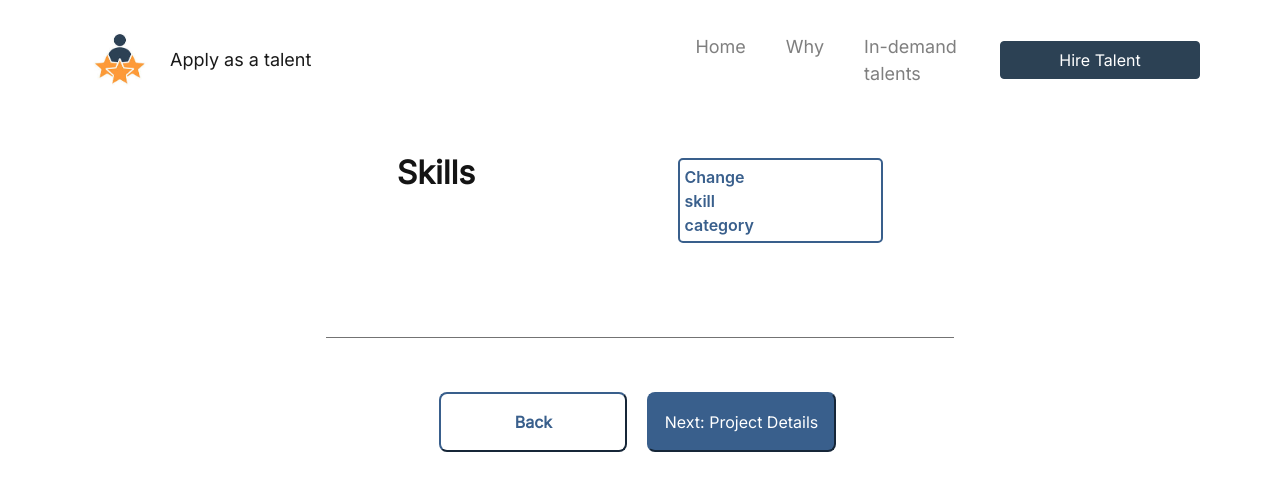
Repository: Ashwe9/talent-hire-reactJs
Page: /skills
The author's editor kept a copy of each file at every save. The page is drawn from the files as they stood at one save, then again after the next save.
The browser window is 1280 px wide. The pictures show the whole page.
The project was rebuilt for these pictures with package versions that can differ from the ones it lists, and the page was loaded fresh each time. Also part of the build but not shown: src/homePage/components/TrustedBy/TrustedBy.css, src/homePage/components/TrustedBy/TrustedBy.js, src/homePage/components/Roles/Roles.css, src/homePage/components/Roles/Roles.js, src/homePage/components/homePageFooter/HomePageFooter.css, src/homePage/components/homePageFooter/HomePageFooter.js, src/homePage/HomePage.js, src/kpisPage/Header.css and 17 more.

Above is the page before, as saved 2022-08-25 15:40:13.

### public/index.html
<!DOCTYPE html>
<html lang="en">
  <head>
    <meta charset="utf-8" />
    <link rel="icon" href="%PUBLIC_URL%/favicon.ico" />
    <meta name="viewport" content="width=device-width, initial-scale=1" />
    <meta name="theme-color" content="#000000" />
    <meta
      name="description"
      content="Web site created using create-react-app"
    />
    <link rel="manifest" href="%PUBLIC_URL%/manifest.json" />
    <link rel="stylesheet" href="https://stackpath.bootstrapcdn.com/bootstrap/4.4.1/css/bootstrap.min.css" integrity="sha384-Vkoo8x4CGsO3+Hhxv8T/Q5PaXtkKtu6ug5TOeNV6gBiFeWPGFN9MuhOf23Q9Ifjh" crossorigin="anonymous">
    <link href='https://fonts.googleapis.com/css?family=Inter' rel='stylesheet'>

    <title>App</title>
  </head>
  <body>
    <noscript>You need to enable JavaScript to run this app.</noscript>
    <div id="root"></div>
    <script src="https://code.jquery.com/jquery-3.4.1.slim.min.js" integrity="sha384-J6qa4849blE2+poT4WnyKhv5vZF5SrPo0iEjwBvKU7imGFAV0wwj1yYfoRSJoZ+n" crossorigin="anonymous"></script>
    <script src="https://cdn.jsdelivr.net/npm/popper.js@1.16.0/dist/umd/popper.min.js" integrity="sha384-Q6E9RHvbIyZFJoft+2mJbHaEWldlvI9IOYy5n3zV9zzTtmI3UksdQRVvoxMfooAo" crossorigin="anonymous"></script>
    <script src="https://stackpath.bootstrapcdn.com/bootstrap/4.4.1/js/bootstrap.min.js" integrity="sha384-wfSDF2E50Y2D1uUdj0O3uMBJnjuUD4Ih7YwaYd1iqfktj0Uod8GCExl3Og8ifwB6" crossorigin="anonymous"></script>  </body>
</html>

### src/App.js
import React from 'react'
import { BrowserRouter as Router, Route, Routes, Navigate } from 'react-router-dom';
import { HomePage } from './homePage/HomePage';
import KPISPage from './kpisPage/KPISPage';
import ProjectDetails from './projectDetails/ProjectDetails';
import ProfessionalDetails from './professionalDetails/ProfessionalDetails';
import Skills from './skills/Skills';

function App() {
  return (
    <Router>
      <Routes>
        <Route exact path="*" element={<Navigate to="/" replace />}/>
        <Route exact path="/" element={<HomePage />} />
        <Route exact path="/kpis" element={<KPISPage />} />
        <Route exact path="/projectdetails" element={<ProjectDetails />} />
        <Route exact path="/professionaldetails" element={<ProfessionalDetails />} />
        <Route exact path="/skills" element={<Skills />} />

      </Routes>
    </Router>
  );
}

export default App;

### src/skills/Skills.js
import React from 'react'
import { Footer } from '../shared-components/Footer/Footer'
import { Navbar } from '../shared-components/Navbar/Navbar'
import Header from './Header'
import './Skills.css'

const Skills = () => {
  return (
    <div>
        <Navbar />
        <Header />
        <Footer nextTitle="Next: Project Details" nextPath="/projectdetails2" previousPath="/professionaldetails"/>
    </div>
  )
}

export default Skills

### src/shared-components/Navbar/Navbar.js
import React from 'react'
import './Navbar.css'
import { Navigate, useNavigate } from 'react-router-dom'

export const Navbar = () => {
  let navigate = useNavigate();

  return (
    <nav className="navbar navbar-expand-lg navbar-light">
      <img src= {require('../../assets/icon.png')} className="icon"/>
      <a className="navbar-brand title" href="#">Apply as a talent</a>
      <button className="navbar-toggler" type="button" data-toggle="collapse" data-target="#navbarText" aria-controls="navbarText" aria-expanded="false" aria-label="Toggle navigation">
        <span className="navbar-toggler-icon"></span>
      </button>
      <div className="collapse navbar-collapse" id="navbarText">
        <ul className="navbar-nav mr-auto">
          <li className="nav-item">
            <a className="nav-link" href="" onClick={() => {
                navigate('/', { replace: true });
              } }>Home</a>
          </li>

          <li className="nav-item">
            <a className="nav-link" href="#">Why</a>
          </li>
          <li className="nav-item">
            <a className="nav-link" href="#">In-demand talents</a>
          </li>
        </ul>
        <span className="navbar-text">
          <button className='btn btn-dark navbar-btn'>Hire Talent</button>
        </span>
      </div>
    </nav>
  )
}

### src/shared-components/Footer/Footer.js
import React from 'react'
import './Footer.css'
import { useNavigate  } from 'react-router-dom'


export  const Footer = ({nextTitle, nextPath, previousPath}) => {

  let navigate = useNavigate();

  const goNext = () => {
    let path =  nextPath;
    navigate(path);
  };
  const goBack = () => {
    let path =  previousPath;
    navigate(path);
  };

  return (
      <footer>
        <div className='Footer-box'>
            <hr id="footer-line"/>
            <div className='buttons'>
              <button className='Footer-button-back'
              onClick={goBack}
                >Back</button>

              <button className='Footer-button-next'
              onClick={goNext}
                >{nextTitle}</button>
        </div>
        </div>
      </footer>
    )
  }

### src/skills/Header.js
import React from 'react'
import './Header.css'


const Header = () => {
  return (
    <div className='box'>
      <div className='skills-header-box'>
        <p className='skills-header'>
            Skills
        </p>
      </div>
      <div className='category'>
        <p>
          Change skill category
        </p>
      </div>
    </div>
  )
}

export default Header

### src/shared-components/Navbar/Navbar.css
.icon{
    width: 80px;
}

.title{
    font-family: "Inter";
    font-style: normal;
    font-weight: 500;
    font-size: 18px;
    line-height: 28px;
    align-items: center;
    color: #444444;
    padding-left: 10px;
}

#navbarText{
    margin-left: 30%;
}
.navbar-items{
    margin: 0 35%;

}

.nav-item{
    font-family: "Inter";
    font-style: normal;
    font-weight: 500;
    font-size: 18px;
    align-items: center;
    color: #444444;
    padding-left: 24px;
}

.navbar-btn{
    font-family: "Inter";
    font-style: bold;
    background: #2c4154;
    /* padding: 5px 50px; */
    border-color: #2c4154;
    width: 200px;
}

.navbar{
    margin: 10px 5%;
}

@media only screen and (max-width: 600px) {
    body {
      background-color: lightblue;
    }
  }

### src/shared-components/Footer/Footer.css
#footer-line{
    background-color: gray;
    width: 50%;
}

.Footer-box{
    margin-top: 50px;
    padding: 1%;
}

.buttons{
    display: flex;
}

.Footer-button-back{
    margin-top: 3%;
    /* margin-left: 30%; */
    font-family: "Inter";
    font-style: bolder;
    font-weight: 700;
    padding: 1% 1%;
    background-color: white;
    border-color: #395f8c;
    color: #395f8c;
    height: 60px;
    width: 15%;
    border-radius: 0.5rem;
    margin-left: 34%;
    margin-bottom: 10%;
}
.Footer-button-next{
    margin-top: 3%;
    /* margin-left: 30%; */
    font-family: "Inter";
    font-style: bold;
    font-weight: 500;
    background: #395f8c;
    border-color: #395f8c;
    padding: 1% 1%;
    height: 60px;
    width: 15%;
    border-radius: 0.5rem;
    margin-bottom: 10%;
    margin-left: 20px;
    color: white;
    line-height: 1;
}

@media only screen and (max-width: 700px) {
    #footer-line{
        background-color: gray;
        width: 80%;
    }
    .Footer-button-next{
        padding: 2% ;
        height: 10%;
        width: fit-content;
        margin-left: 5%;
        font-size: 12px;
    }
    .Footer-button-back{
        padding: 2% ;
        height: 10%;
        width: 20%;
        margin-left: 20%;
        font-size: 12px;
    }
}

### src/skills/Header.css
.skills-header-box{
    padding: 3%;
    padding-bottom: 0%;
    align-items: center;
    width: 40%;
    margin-left: 28%;
}
.box{
    display: flex;
}

.category{
    padding: 3%;
    padding-bottom: 0%;
    align-items: center;
    width: 40%;
    margin-right: 28%;
}

.category p{
    border: #395f8c solid 2px;
    border-radius: 5px;
    padding: 2%;
    font-size: 16px;
    font-weight: 600;
    color: #395f8c;
    padding-right: 50%;
}

.skills-header{
    font-family: "Inter";
    font-style: bolder;
    font-weight: 800;
    font-size: 32px;
    line-height: 30px;
    align-items: center;
    color: #141414;
    margin-bottom: 50px;
}


@media only screen and (max-width: 700px) {

    .skills-header{
        font-size: 16px;
    }
    .skills-header-box{
        margin-left: 40px;
        width: 100%;
    }
  }
@media only screen and (max-width: 450px) {
    .skills-header{
        font-size: 13px;
    }
    .skills-header-box{
        margin-left: 70px;
        width: 100%;
    }
}

Loaded but not shown: src/index.js (common file); src/reportWebVitals.js (common file); src/index.css (no stored copy; drawn as an empty file); src/kpisPage/KPISPage.css (no stored copy; drawn as an empty file); src/professionalDetails/ProfessionalDetails.css (no stored copy; drawn as an empty file); src/skills/Skills.css (no stored copy; drawn as an empty file)

After the next save:
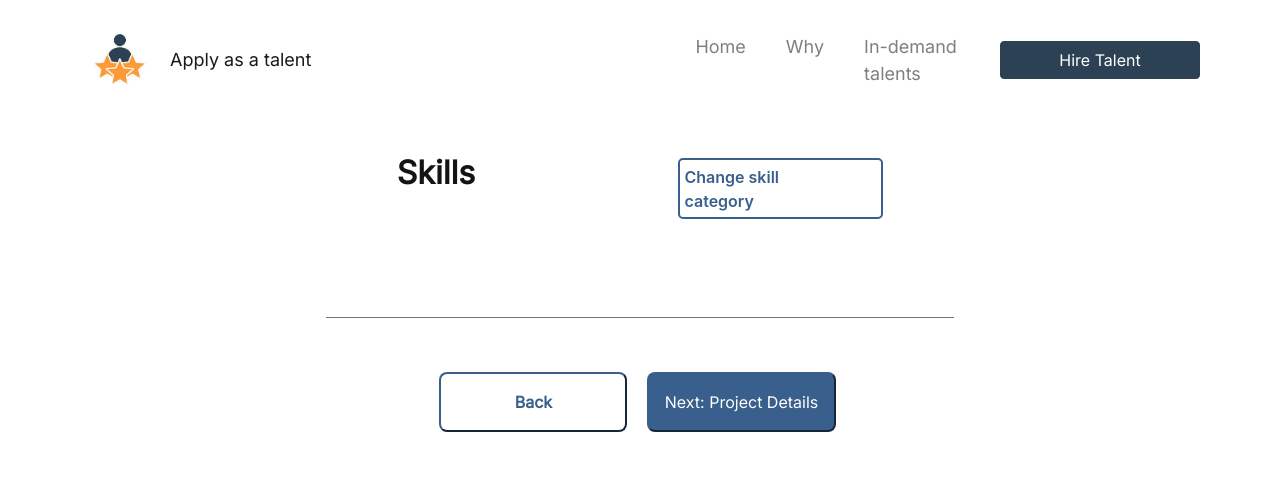
Saved 6 s later.
--- a/src/skills/Header.css
+++ b/src/skills/Header.css
@@ -24,7 +24,7 @@
     font-size: 16px;
     font-weight: 600;
     color: #395f8c;
-    padding-right: 50%;
+    padding-right: 15%;
 }
 
 .skills-header{
